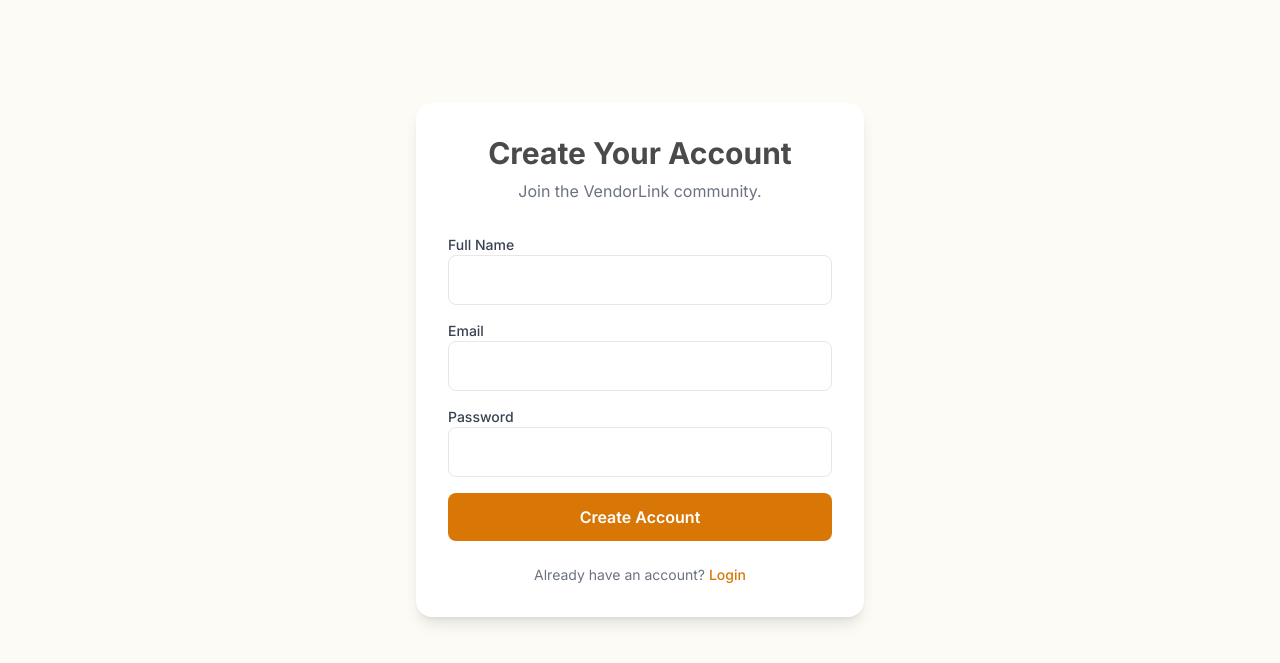
Repository: Omkar0746/VendorLink_Hackathon
Page: VendorLink_Project-main/frontend/signup.html
The author's editor kept a copy of each file at every save. The page is drawn from the files as they stood at one save, then again after the next save.
The browser window is 1280 px wide. The pictures show the whole page.
Some web libraries are served in a nearby version.

Above is the page before, as saved 2025-11-27 15:40:52.

### VendorLink_Project-main/frontend/signup.html
<!DOCTYPE html>
<html lang="en">
<head>
    <meta charset="UTF-8">
    <meta name="viewport" content="width=device-width, initial-scale=1.0">
    <title>Sign Up - VendorLink</title>
    <script src="https://cdn.tailwindcss.com"></script>
    <link href="https://fonts.googleapis.com/css2?family=Inter:wght@400;500;600;700&display=swap" rel="stylesheet">
    <style> body { font-family: 'Inter', sans-serif; } </style>
</head>

<body class="bg-[#FDFBF6] flex items-center justify-center min-h-screen py-12">

    <div class="bg-white p-8 rounded-2xl shadow-lg max-w-md w-full">
        <div class="text-center mb-8">
            <h1 class="text-3xl font-bold text-[#4A4A4A]">Create Your Account</h1>
            <p class="text-gray-500 mt-2">Join the VendorLink community.</p>
        </div>

        <form id="signupForm" class="space-y-4">

            <div>
                <label class="block text-sm font-medium text-gray-700">Full Name</label>
                <input type="text" id="name" class="w-full p-3 border rounded-lg" required>
            </div>

            <div>
                <label class="block text-sm font-medium text-gray-700">Email</label>
                <input type="email" id="email" class="w-full p-3 border rounded-lg" required>
            </div>

            <div>
                <label class="block text-sm font-medium text-gray-700">Password</label>
                <input type="password" id="password" class="w-full p-3 border rounded-lg" required>
            </div>

            <button
                type="submit"
                class="w-full bg-amber-600 text-white py-3 rounded-lg font-semibold hover:bg-amber-700">
                Create Account
            </button>
        </form>

        <p class="text-center text-sm text-gray-500 mt-6">
            Already have an account?
            <a href="login.html" class="text-amber-600 font-medium hover:underline">Login</a>
        </p>
    </div>

    <script src="js/signup.js"></script>
</body>
</html>

### VendorLink_Project-main/frontend/js/signup.js
document.getElementById("signupForm").addEventListener("submit", async (e) => {
    e.preventDefault();

    const name = document.getElementById("name").value;
    const email = document.getElementById("email").value;
    const password = document.getElementById("password").value;

    const res = await fetch("http://localhost:5000/api/auth/signup", {
        method: "POST",
        headers: { "Content-Type": "application/json" },
        body: JSON.stringify({ name, email, password })
    });

    const data = await res.json();
    alert(data.message);

    if (data.success) {
        window.location.href = "login.html";
    }
});

After the next save:
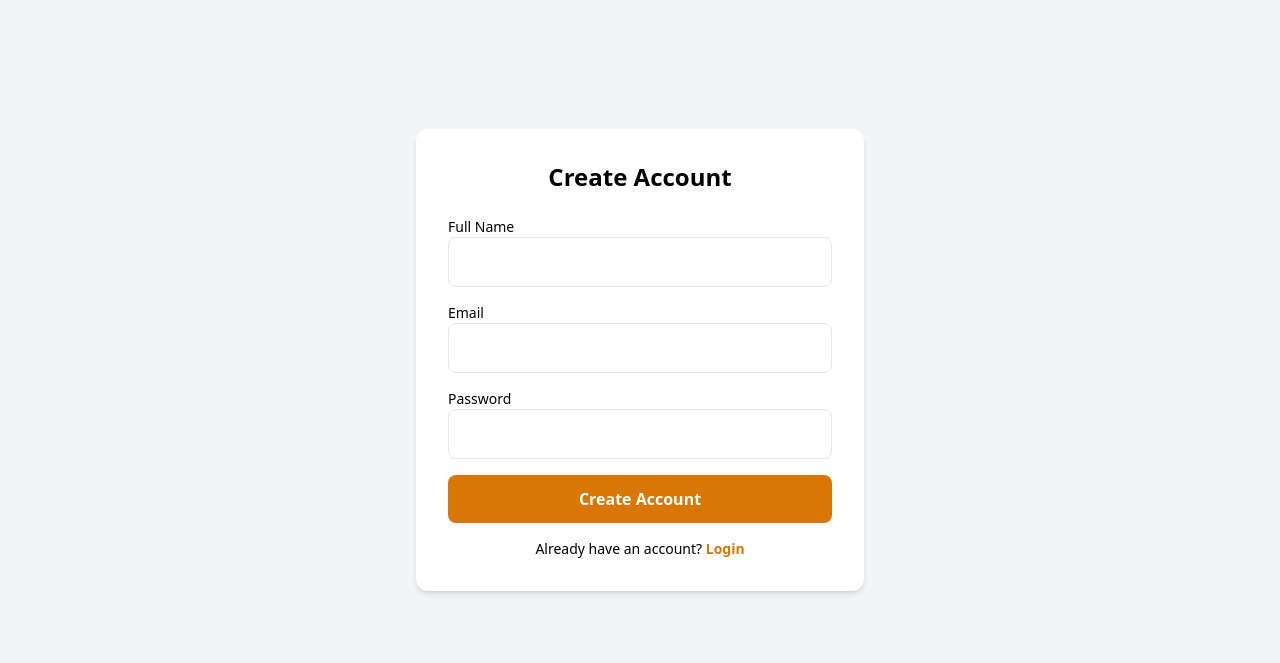
Saved 21 s later.
--- a/VendorLink_Project-main/frontend/signup.html
+++ b/VendorLink_Project-main/frontend/signup.html
@@ -1,49 +1,46 @@
 <!DOCTYPE html>
 <html lang="en">
 <head>
-    <meta charset="UTF-8">
-    <meta name="viewport" content="width=device-width, initial-scale=1.0">
-    <title>Sign Up - VendorLink</title>
+    <meta charset="UTF-8" />
+    <meta name="viewport" content="width=device-width, initial-scale=1.0" />
+    <title>VendorLink - Sign Up</title>
+
     <script src="https://cdn.tailwindcss.com"></script>
-    <link href="https://fonts.googleapis.com/css2?family=Inter:wght@400;500;600;700&display=swap" rel="stylesheet">
-    <style> body { font-family: 'Inter', sans-serif; } </style>
 </head>
 
-<body class="bg-[#FDFBF6] flex items-center justify-center min-h-screen py-12">
+<body class="bg-gray-100 flex justify-center items-center h-screen">
 
-    <div class="bg-white p-8 rounded-2xl shadow-lg max-w-md w-full">
-        <div class="text-center mb-8">
-            <h1 class="text-3xl font-bold text-[#4A4A4A]">Create Your Account</h1>
-            <p class="text-gray-500 mt-2">Join the VendorLink community.</p>
-        </div>
+    <div class="bg-white p-8 rounded-xl shadow-md w-full max-w-md">
+        <h2 class="text-2xl font-bold text-center mb-6">Create Account</h2>
 
         <form id="signupForm" class="space-y-4">
 
             <div>
-                <label class="block text-sm font-medium text-gray-700">Full Name</label>
-                <input type="text" id="name" class="w-full p-3 border rounded-lg" required>
+                <label class="block text-sm font-medium">Full Name</label>
+                <input id="name" type="text" class="w-full p-3 border rounded-lg" required />
             </div>
 
             <div>
-                <label class="block text-sm font-medium text-gray-700">Email</label>
-                <input type="email" id="email" class="w-full p-3 border rounded-lg" required>
+                <label class="block text-sm font-medium">Email</label>
+                <input id="email" type="email" class="w-full p-3 border rounded-lg" required />
             </div>
 
             <div>
-                <label class="block text-sm font-medium text-gray-700">Password</label>
-                <input type="password" id="password" class="w-full p-3 border rounded-lg" required>
+                <label class="block text-sm font-medium">Password</label>
+                <input id="password" type="password" class="w-full p-3 border rounded-lg" required />
             </div>
 
             <button
                 type="submit"
-                class="w-full bg-amber-600 text-white py-3 rounded-lg font-semibold hover:bg-amber-700">
+                class="w-full bg-amber-600 text-white p-3 rounded-lg font-semibold">
                 Create Account
             </button>
+
         </form>
 
-        <p class="text-center text-sm text-gray-500 mt-6">
+        <p class="text-center mt-4 text-sm">
             Already have an account?
-            <a href="login.html" class="text-amber-600 font-medium hover:underline">Login</a>
+            <a href="login.html" class="text-amber-600 font-semibold">Login</a>
         </p>
     </div>
 
